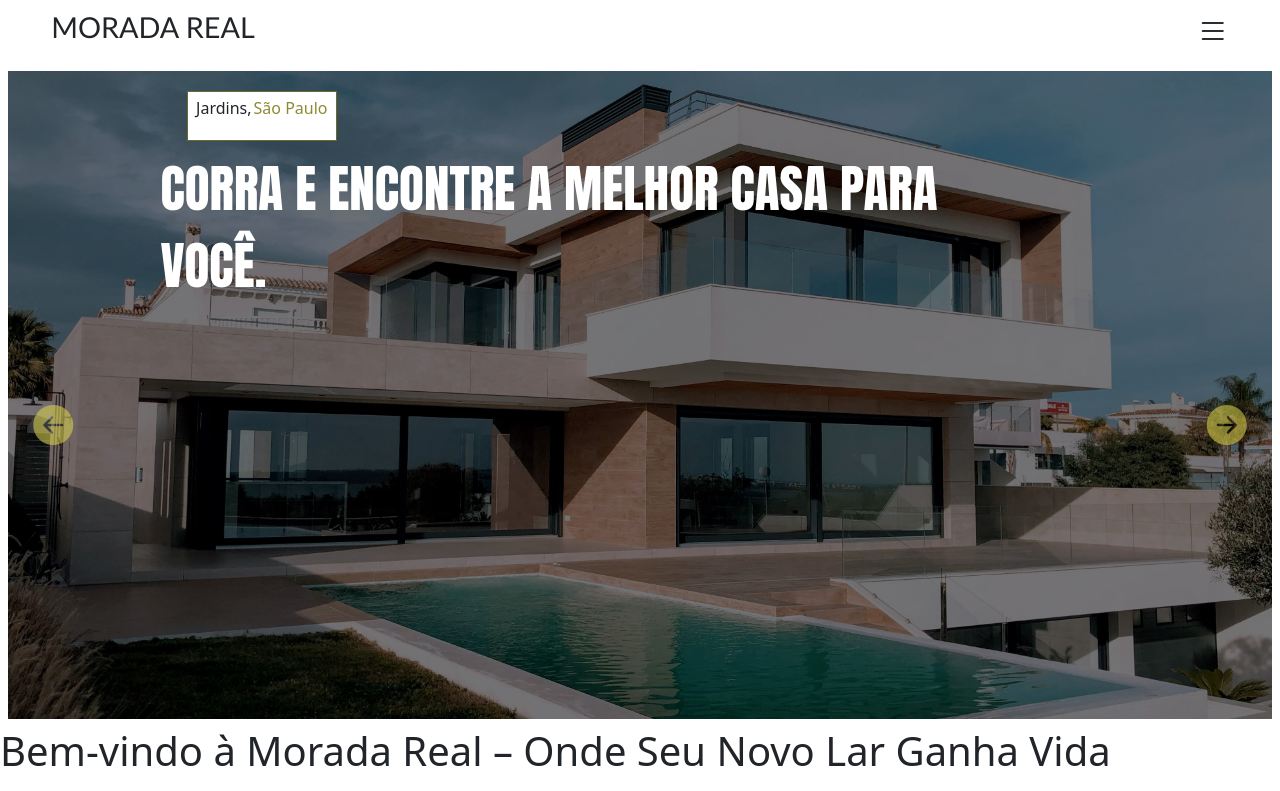
Repository: Mattyns/moradareal
Page: index.html
The author's editor kept a copy of each file at every save. The page is drawn from the files as they stood at one save, then again after the next save.
The browser window is 1280 px wide. The pictures show the whole page.

Above is the page before, as saved 2025-07-12 15:39:33.

After the next save:
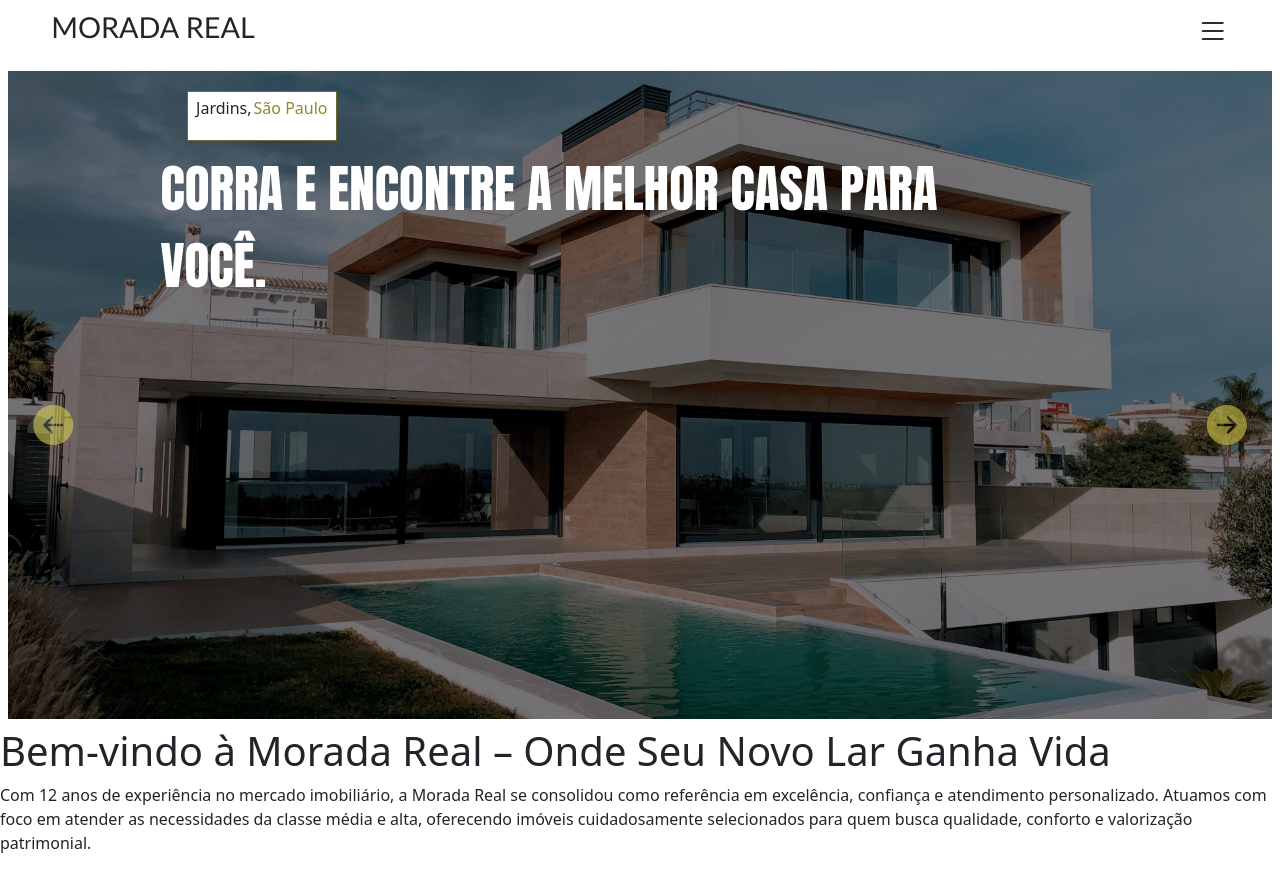
Saved 6 s later.
--- a/index.html
+++ b/index.html
@@ -57,7 +57,7 @@
             </section>
             <section class="present">
                 <h1 class="present__title">Bem-vindo à Morada Real – Onde Seu Novo Lar Ganha Vida</h1>
-                <p class="present__text"></p>
+                <p class="present__text">Com 12 anos de experiência no mercado imobiliário, a Morada Real se consolidou como referência em excelência, confiança e atendimento personalizado. Atuamos com foco em atender as necessidades da classe média e alta, oferecendo imóveis cuidadosamente selecionados para quem busca qualidade, conforto e valorização patrimonial.</p>
             </section>
 
 
